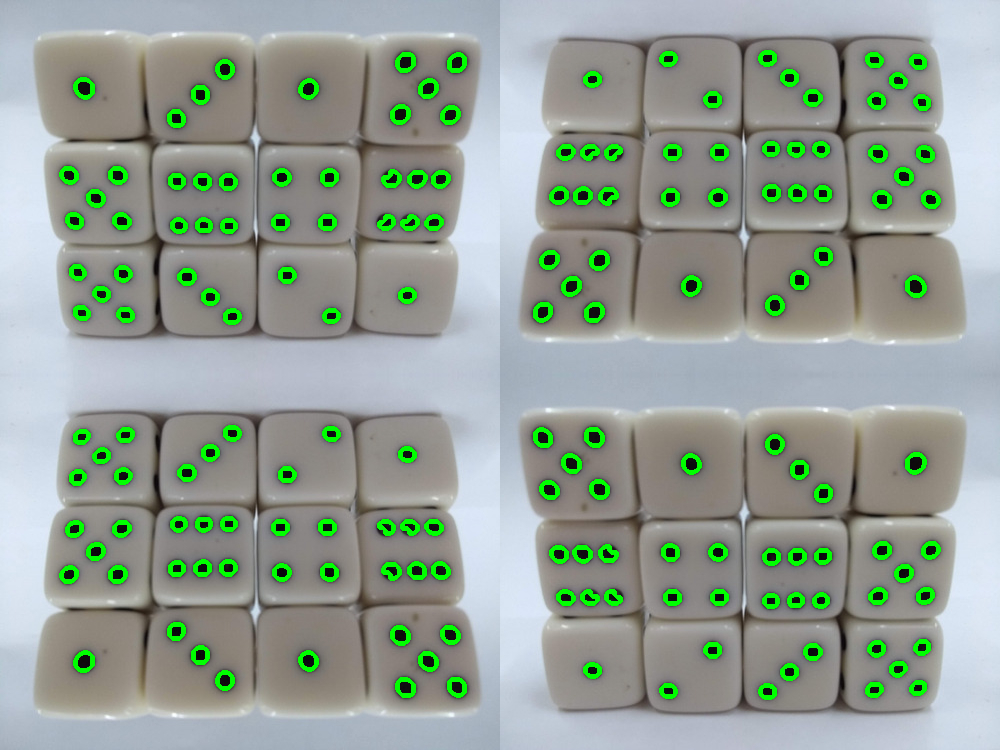
Repository: kaiofbgarcia/OpenCV
Script's output: python Dados/dadosPilha2.py
The author's editor kept a copy of each file at every save. The script's output is drawn from the files as they stood at one save, then again after the next save.
Random numbers start from a fixed seed. It also reads Dados/imgDados/dadosPilha2.jpg.

Above is the script's output before, as saved 2022-07-01 17:19:48.

After the next save:
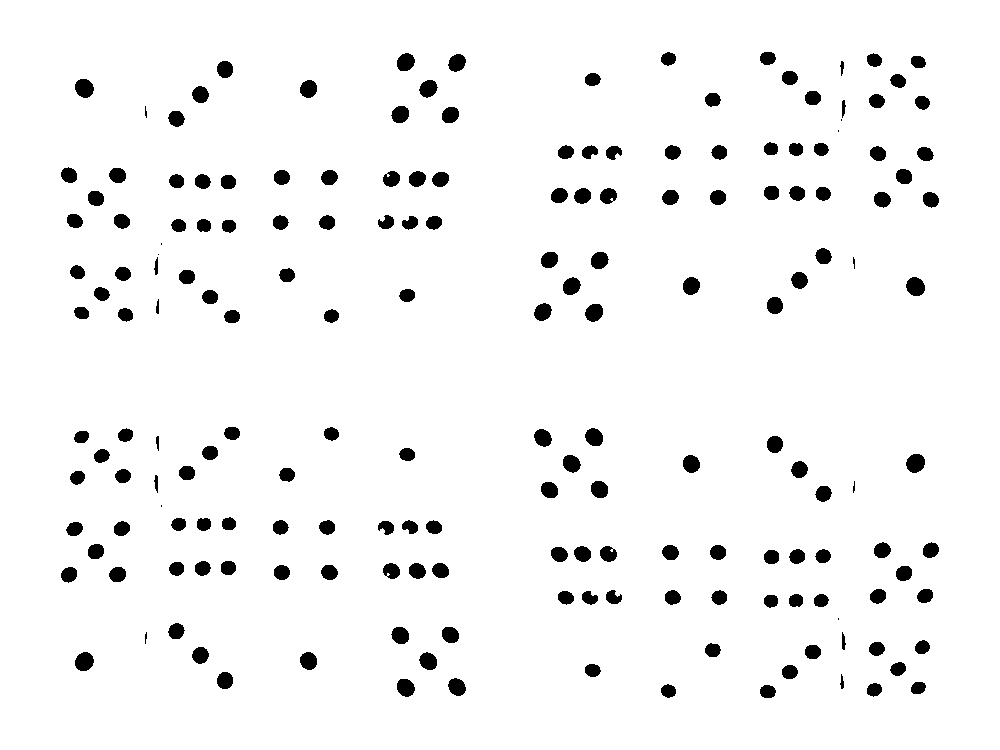
Saved 8 min 23 s later.
--- a/Dados/dadosPilha2.py
+++ b/Dados/dadosPilha2.py
@@ -22,6 +22,6 @@ cv2.drawContours(imagem, contours, -1, (0,255,0), 3)
 
 print("Resultado dos dados: ", cont)
 
-cv2.imshow("Dilatation", imagem)
+cv2.imshow("Dilatation", binary)
 
 cv2.waitKey(0)
